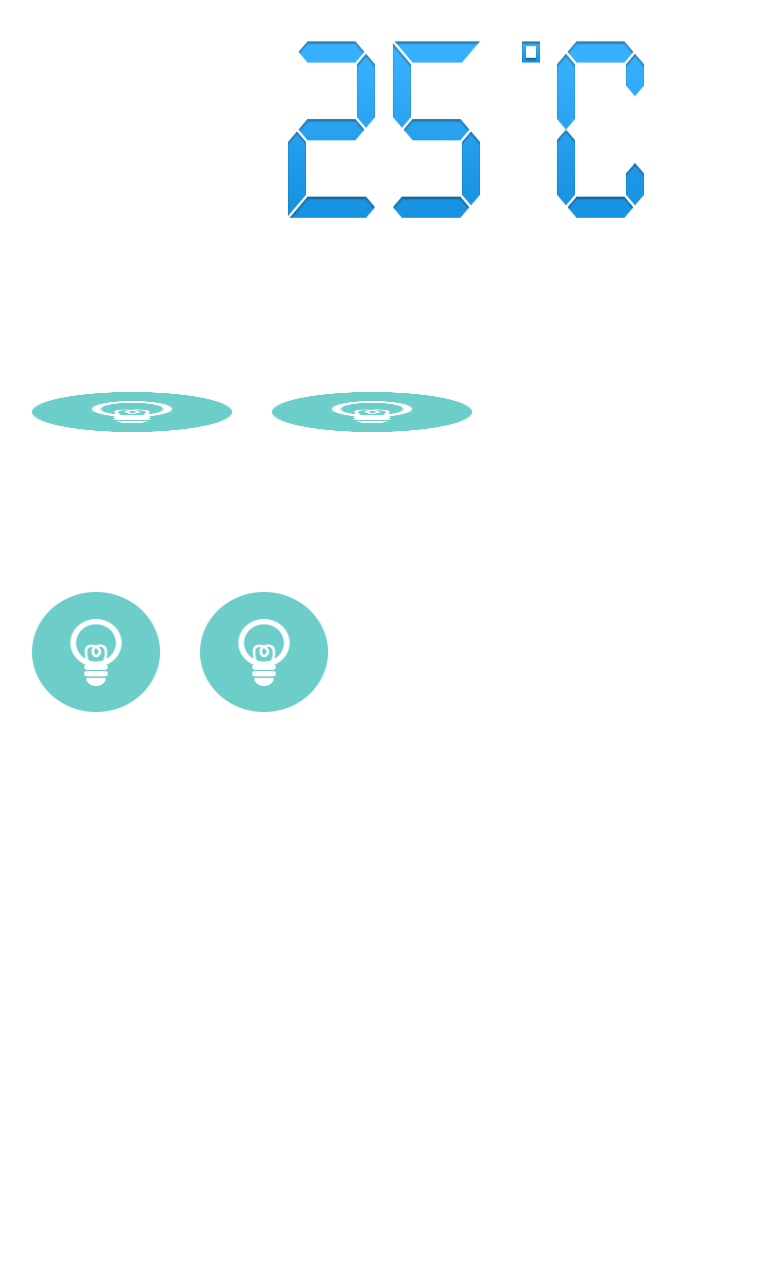
Repository: MyungSinKim/mqtt-demo
Layout: cloud2-demo/res/layout/main.xml
The author's editor kept a copy of each file at every save. The layout is drawn from the files as they stood at one save, then again after the next save.
It is drawn on a 768 x 1280 px phone screen (xhdpi) without system bars, with theme AppTheme; the app's code is not run.

Above is the layout before, as saved 2015-11-02 05:10:19.

After the next save:
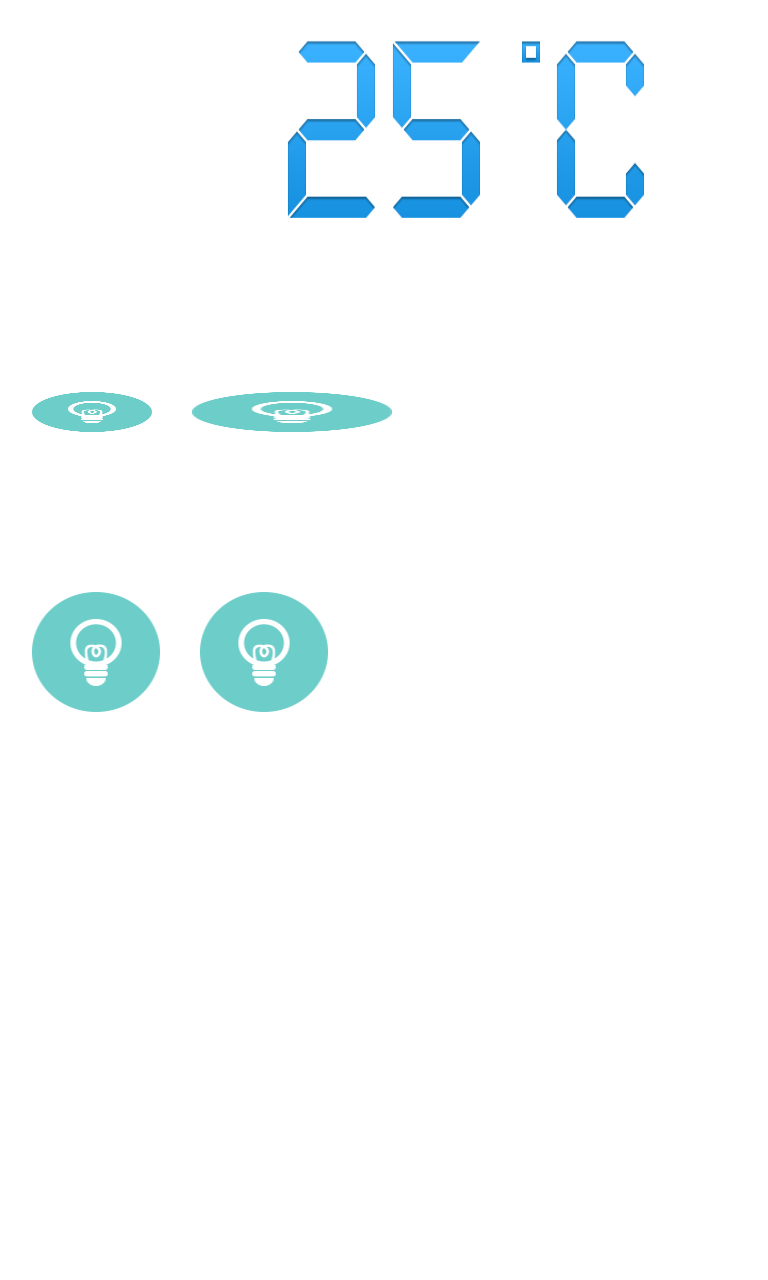
Saved 27 s later.
--- a/cloud2-demo/res/layout/main.xml
+++ b/cloud2-demo/res/layout/main.xml
@@ -36,7 +36,7 @@
 
         <ImageView
             android:id="@+id/light_1_iv"
-            android:layout_width="100dp"
+            android:layout_width="wrap_content"
             android:layout_height="100dp"
             android:layout_marginTop="80dp"
             android:background="@drawable/light_off"
